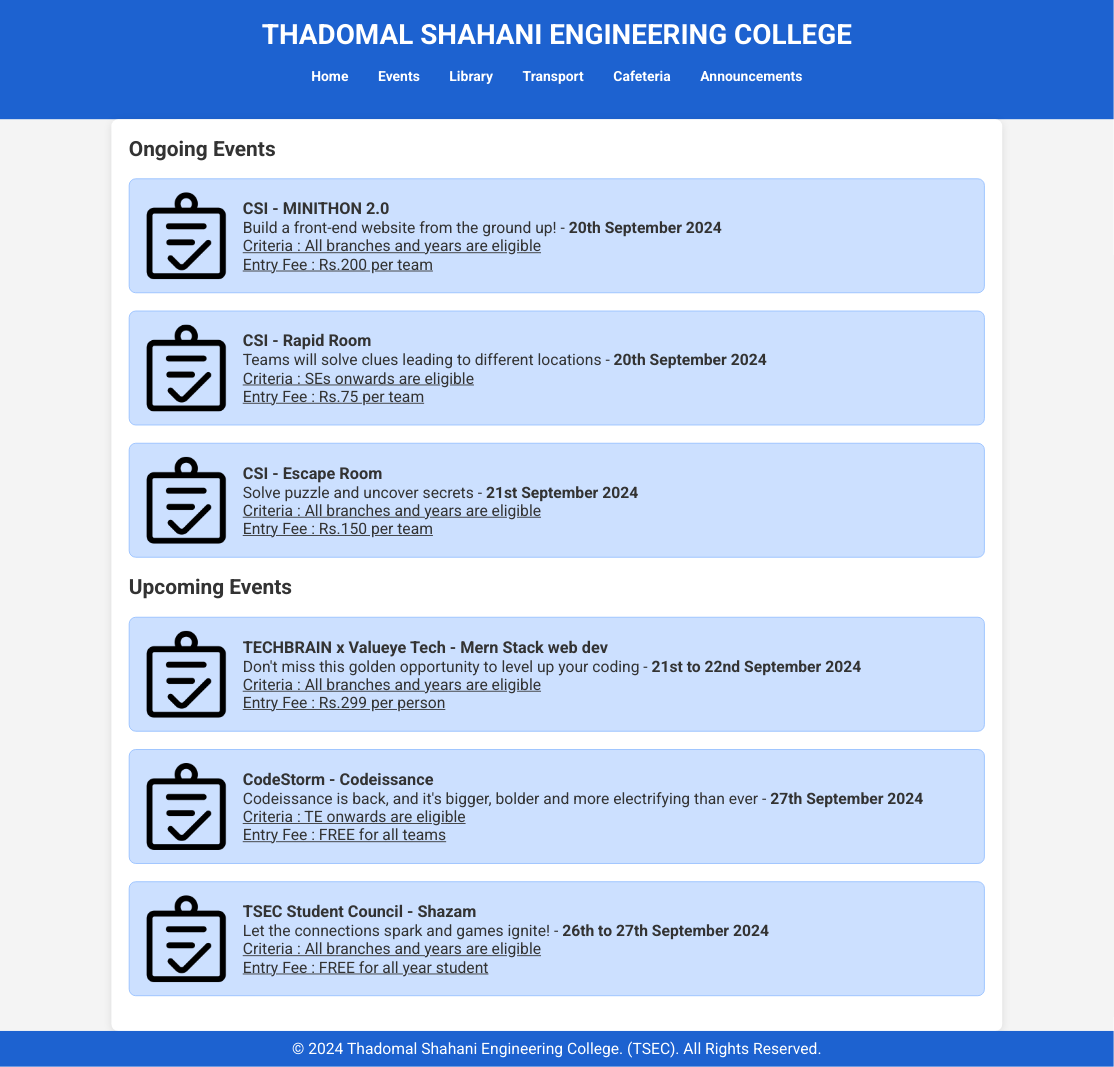
Repository: TejasS1233/MINITHON-hackathon-project
Page: Event.html
The author's editor kept a copy of each file at every save. The page is drawn from the files as they stood at one save, then again after the next save.
The browser window is 1280 px wide. The pictures show the whole page, at 87% of full size.

Above is the page before, as saved 2024-09-20 14:38:21.

### Event.html
<!DOCTYPE html>
<html lang="en">

<head>
    <meta charset="UTF-8">
    <meta name="viewport" content="width=device-width, initial-scale=1.0">
    <title>Events | TSEC</title>
    <link rel="icon" href="favicon.ico" type="image/x-icon">
    <link rel="stylesheet" href="styles.css">
    <link rel="preconnect" href="https://fonts.googleapis.com">
    <link rel="preconnect" href="https://fonts.gstatic.com" crossorigin>
    <link href="https://fonts.googleapis.com/css2?family=Roboto:wght@400;700&display=swap" rel="stylesheet">
    <style>
        body {
            font-family: 'Roboto', sans-serif;
            background-color: #f4f4f4;
            margin: 0;
            padding: 0;
        }

        header {
            background-color: #1d62d0;
            color: white;
            padding: 20px;
            text-align: center;
        }

        nav {
            margin: 20px 0;
        }

        nav a {
            margin: 0 15px;
            color: #ffffff;
            font-weight: bold;
            text-decoration: none;
        }

        .container {
            width: 80%;
            margin: auto;
            padding: 20px;
            background: white;
            border-radius: 8px;
            box-shadow: 0 2px 10px rgba(0, 0, 0, 0.1);
        }

        .event-card {
            display: flex;
            align-items: center;
            background: #cce0ff;
            border: 1px solid #96c0ff;
            border-radius: 8px;
            margin: 20px 0;
            padding: 15px;
        }

        .event-card img {
            width: 150px;
            height: 100px;
            border-radius: 8px;
            margin-right: 15px;
        }

        footer {
            text-align: center;
            padding: 10px 0;
            background-color: #1d62d0;
            color: white;
            position: relative;
            bottom: 0;
            width: 100%;
        }

        .event-card img {
            width: 100px;
            height: 100px;
            border-radius: 8px;
            margin-right: 15px;
        }

        h1 {
            text-align: center;
            font-weight: bolder;
            font-size: 200%;
        }
        p{
            font-size: 18px;
        }
        .B{
            text-decoration: underline;
        }
    </style>
</head>

<body>

    <header>
        <h1>THADOMAL SHAHANI ENGINEERING COLLEGE</h1>
        <nav>
            <a href="Home.html">Home</a>
            <a href="Event.html">Events</a>
            <a href="Rishit.html">Library</a>
            <a href="bustracking.html">Transport</a>
            <a href="cafe.html">Cafeteria</a>
            <a href="annoucementpage.html">Announcements</a>
        </nav>
    </header>

    <div class="container">
        <h2>Ongoing Events</h2>
        <div class="event-card">
            <img src="Events.png" alt="Event 1">
            <div>
                <h3>CSI - MINITHON 2.0</h3>
                <p>Build a front-end website from the ground up! - <strong>20th September 2024</strong></p>
                <p class = "B">Criteria : All branches and years are eligible</p>
                <p class = "B">Entry Fee : Rs.200 per team</p>
            </div>
        </div>

        <div class="event-card">
            <img src="Events.png" alt="Event 2">
            <div>
                <h3>CSI - Rapid Room</h3>
                <p>Teams will solve clues leading to different locations - <strong>20th September 2024</strong></p>
                <p class = "B">Criteria : SEs onwards are eligible</p>
                <p class = "B">Entry Fee : Rs.75 per team</p>
            </div>
        </div>

        <div class="event-card">
            <img src="Events.png" alt="Event 3">
            <div>
                <h3>CSI - Escape Room</h3>
                <p>Solve puzzle and uncover secrets - <strong>21st September 2024</strong></p>
                <p class = "B">Criteria : All branches and years are eligible</p>
                <p class = "B">Entry Fee : Rs.150 per team</p>
            </div>
        </div>
        <h2>Upcoming Events</h2>
        <div class="event-card">
            <img src="Events.png" alt="Event 4">
            <div>
                <h3>TECHBRAIN x Valueye Tech - Mern Stack web dev</h3>
                <p>Don't miss this golden opportunity to level up your coding - <strong>21st to 22nd September
                        2024</strong></p>
                        <p class = "B">Criteria : All branches and years are eligible</p>
                        <p class = "B">Entry Fee : Rs.299 per person</p>
            </div>
        </div>

        <div class="event-card">
            <img src="Events.png" alt="Event 5">
            <div>
                <h3>CodeStorm - Codeissance</h3>
                <p>Codeissance is back, and it's bigger, bolder and more electrifying than ever - <strong>27th September
                        2024</strong></p>
                        <p class = "B">Criteria : TE onwards are eligible</p>
                        <p class = "B">Entry Fee : FREE for all teams</p>
            </div>
        </div>

        <div class="event-card">
            <img src="Events.png" alt="Event 5">
            <div>
                <h3>TSEC Student Council - Shazam</h3>
                <p>Let the connections spark and games ignite! - <span style="font-weight: bold;">26th to 27th September
                        2024</p>
                        <p class = "B">Criteria : All branches and years are eligible</p>
                        <p class = "B">Entry Fee : FREE for all year student</p>
            </div>
        </div>
    </div>

    <footer>
        <p>&copy; 2024 Thadomal Shahani Engineering College. (TSEC). All Rights Reserved.</p>
    </footer>

</body>

</html>

### styles.css
/* Global Reset */
* {
    margin: 0;
    padding: 0;
    box-sizing: border-box;
}

/* Body Styling */
body {
    font-family: 'Arial', sans-serif;
    background-color: #f2f2f2; /* Light gray background */
    color: #333;
    padding: 20px;
}

/* Announcement Heading */
.announcement-heading {
    background-color: #333; /* Dark gray background for heading */
    color: #fff; /* White text color */
    padding: 20px 0;
    text-align: center;
    margin-bottom: 20px;
}

/* Announcement Grid */
.announcement-grid {
    display: grid;
    grid-template-columns: repeat(auto-fit, minmax(400px, 1fr));
    gap: 20px;
    margin-bottom: 10px;
}

/* Individual Announcement */
.announcement {
    background-color: #fff; /* White background for announcements */
    padding: 20px;
    border-radius: 8px; /* Rounded corners */
    box-shadow: 0 4px 8px rgba(0, 0, 0, 0.1); /* Subtle box shadow */
    height: 420px;
    position: relative;
}

.announcement h2 {
    font-size: 1.8em;
    margin-bottom: 10px;
    color: #333; /* Dark text color */
}

.announcement p {
    font-size: 1em;
    margin-bottom: 10px;
    color: #666; /* Slightly darker gray text color */
}

.cta-button {
    display: inline-block;
    background-color: #4CAF50; /* Green button */
    color: #fff; /* White text color */
    padding: 10px 20px;
    text-decoration: none;
    border-radius: 5px;
    margin-top: 10px;
    font-weight: bold;
    transition: background-color 0.3s ease;
    box-shadow: 0 2px 4px rgba(0, 0, 0, 0.1);
    position: absolute;
    bottom: 20px;
    overflow: hidden;
    text-align: center;
}

.cta-button:hover {
    background-color: #45a049;
    cursor: pointer;
}

/* Footer Styling */
footer {
    text-align: center;
    padding: 20px 0;
    background-color: #333;
    color: #fff;
    position: relative;
    width: 100%;
}

After the next save:
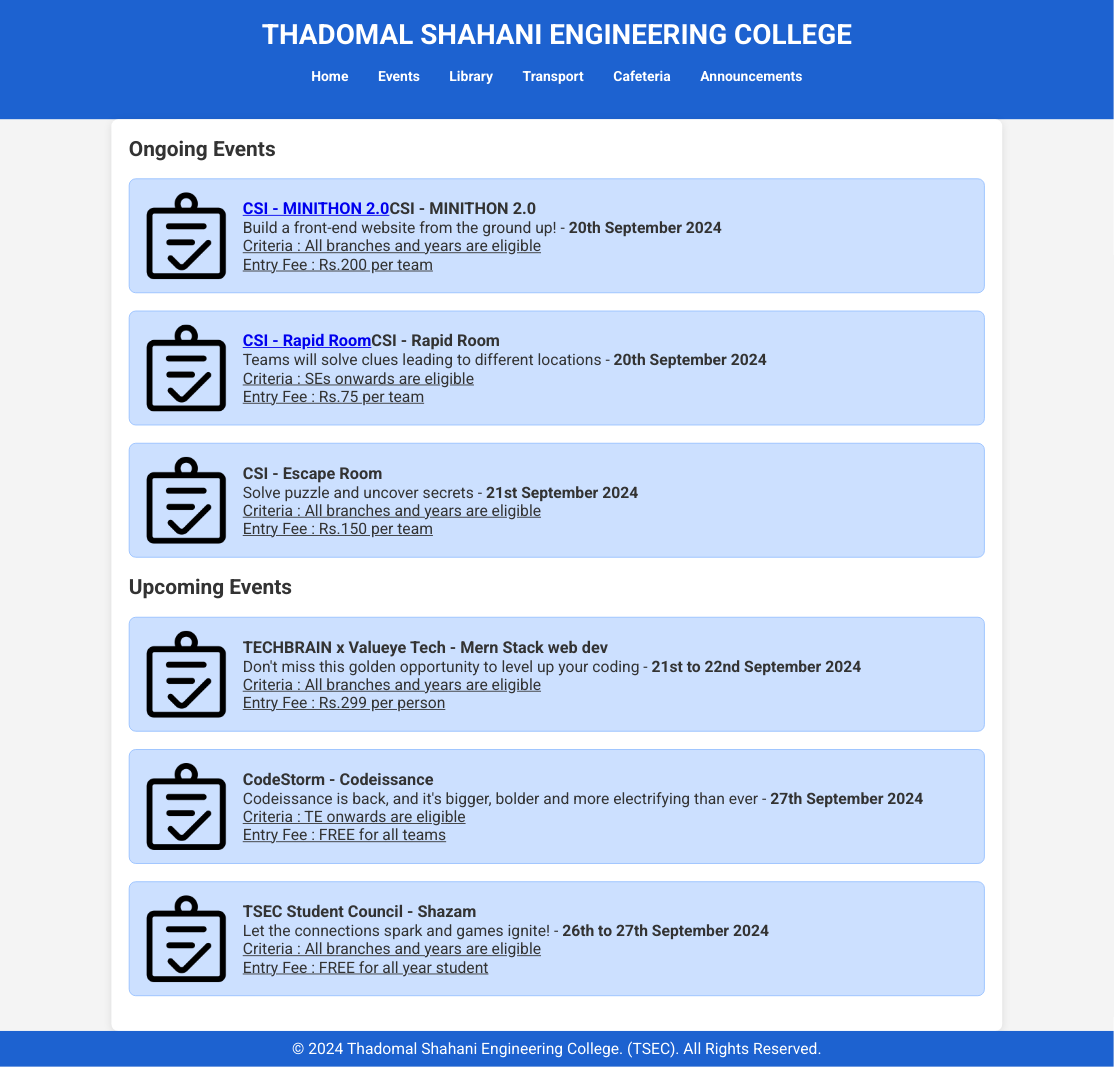
Saved 7 min 8 s later.
--- a/Event.html
+++ b/Event.html
@@ -112,7 +112,7 @@
         <div class="event-card">
             <img src="Events.png" alt="Event 1">
             <div>
-                <h3>CSI - MINITHON 2.0</h3>
+                <h3><a href = "minithon.png">CSI - MINITHON 2.0</a>CSI - MINITHON 2.0</h3>
                 <p>Build a front-end website from the ground up! - <strong>20th September 2024</strong></p>
                 <p class = "B">Criteria : All branches and years are eligible</p>
                 <p class = "B">Entry Fee : Rs.200 per team</p>
@@ -122,7 +122,7 @@
         <div class="event-card">
             <img src="Events.png" alt="Event 2">
             <div>
-                <h3>CSI - Rapid Room</h3>
+                <h3><a href="rapid.png">CSI - Rapid Room</a>CSI - Rapid Room</h3>
                 <p>Teams will solve clues leading to different locations - <strong>20th September 2024</strong></p>
                 <p class = "B">Criteria : SEs onwards are eligible</p>
                 <p class = "B">Entry Fee : Rs.75 per team</p>
